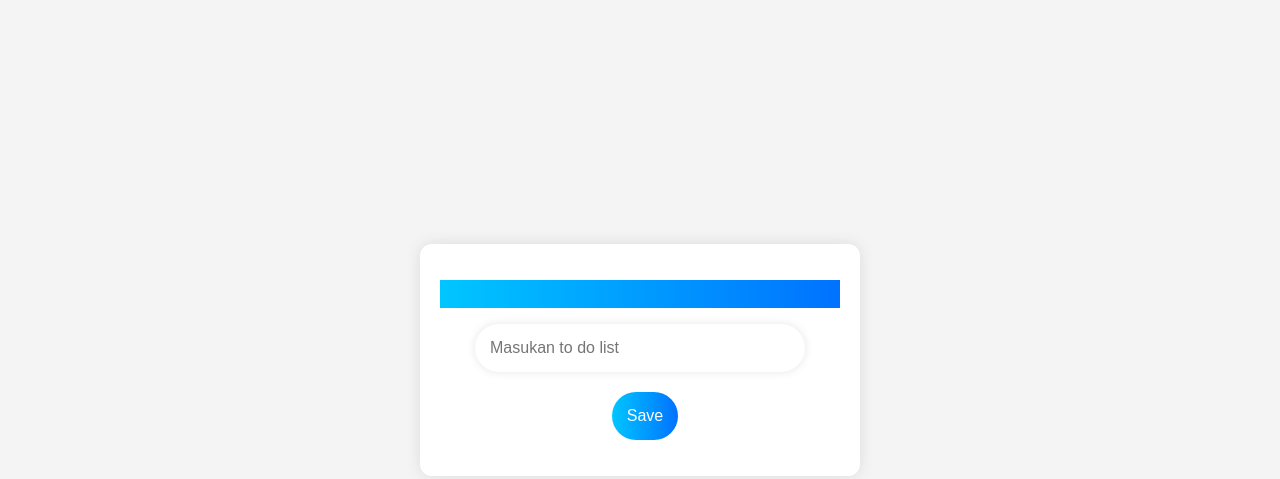
Repository: bianphang/todo-list_vanilla-js
Page: index.html
The author's editor kept a copy of each file at every save. The page is drawn from the files as they stood at one save, then again after the next save.
The browser window is 1280 px wide. The pictures show the whole page.

Above is the page before, as saved 2024-06-09 16:28:29.

### index.html
<!DOCTYPE html>
<html lang="en">
  <head>
    <meta charset="UTF-8" />
    <meta name="viewport" content="width=device-width, initial-scale=1.0" />
    <title>Todo List</title>
    <link rel="stylesheet" href="styles.css" />
  </head>
  <body>
    <div class="container">
      <h1>MY TO DO LIST</h1>
      <input type="text" id="todo-input" placeholder="Masukan to do list" />
      <button id="add-btn">Save</button>
      <ul id="todo-list"></ul>
    </div>
    <script src="script.js"></script>
  </body>
</html>

### styles.css
body {
  font-family: Arial, sans-serif;
  display: flex;
  justify-content: center;
  align-items: center;
  height: 100vh;
  margin: 0;
  background-color: #f4f4f4;
}

.container {
  background: white;
  padding: 20px;
  border-radius: 12px;
  box-shadow: 0 0 15px rgba(0, 0, 0, 0.1);
  width: 400px;
  text-align: center;
}

.container h1 {
  font-size: 24px;
  background: linear-gradient(to right, #00c6ff, #0072ff);
  -webkit-text-fill-color: transparent;
}

.container input[type='text'] {
  width: calc(100% - 100px);
  padding: 15px;
  margin-bottom: 20px;
  border: none;
  border-radius: 25px;
  box-shadow: 0 0 10px rgba(0, 0, 0, 0.1);
  font-size: 16px;
}

.container #add-btn {
  padding: 15px;
  border: none;
  background: linear-gradient(to right, #00c6ff, #0072ff);
  color: white;
  cursor: pointer;
  border-radius: 25px;
  margin-left: 10px;
  font-size: 16px;
  transition: background-color 0.3s;
}

.container #add-btn:hover {
  background: linear-gradient(to right, #0072ff, #00c6ff);
}

.container ul {
  list-style: none;
  padding: 0;
}

.container ul li {
  display: flex;
  justify-content: space-between;
  align-items: center;
  padding: 15px;
  margin-bottom: 10px;
  border: 1px solid #ccc;
  border-radius: 10px;
  background: #f9f9f9;
  box-shadow: 0 0 10px rgba(0, 0, 0, 0.05);
}

.container ul li.done {
  text-decoration: line-through;
  color: #777;
}

.container ul li button {
  background: transparent;
  border: none;
  cursor: pointer;
  font-size: 18px;
}

.container ul li button.delete {
  color: #dc3545;
}

.container ul li button.delete:hover {
  color: #c82333;
}

.container ul li button.update {
  color: #ff9800;
}

.container ul li button.update:hover {
  color: #ff5722;
}

.container ul li button.done {
  color: #28a745;
}

.container ul li button.done:hover {
  color: #218838;
}

### script.js
document.getElementById('add-btn').addEventListener('click', addTodo);

function addTodo() {
  const todoInput = document.getElementById('todo-input');
  const todoText = todoInput.value.trim();

  if (todoText === '') return;

  const todoList = document.getElementById('todo-list');

  const listItem = document.createElement('li');

  const span = document.createElement('span');
  span.textContent = todoText;
  listItem.appendChild(span);

  const updateBtn = document.createElement('button');
  updateBtn.innerHTML = '✏️';
  updateBtn.className = 'update';
  updateBtn.addEventListener('click', () => updateTodo(span));
  listItem.appendChild(updateBtn);

  const doneBtn = document.createElement('button');
  doneBtn.innerHTML = '✅';
  doneBtn.className = 'done';
  doneBtn.addEventListener('click', () => doneTodo(listItem));
  listItem.appendChild(doneBtn);

  const deleteBtn = document.createElement('button');
  deleteBtn.innerHTML = '🗑️';
  deleteBtn.className = 'delete';
  deleteBtn.addEventListener('click', () => deleteTodo(listItem));
  listItem.appendChild(deleteBtn);

  todoList.appendChild(listItem);
  todoInput.value = '';
}

function updateTodo(span) {
  const newTodoText = prompt('Update the todo:', span.textContent);
  if (newTodoText !== null) {
    span.textContent = newTodoText.trim();
  }
}

function doneTodo(listItem) {
  listItem.classList.toggle('done');
}

function deleteTodo(listItem) {
  listItem.remove();
}

After the next save:
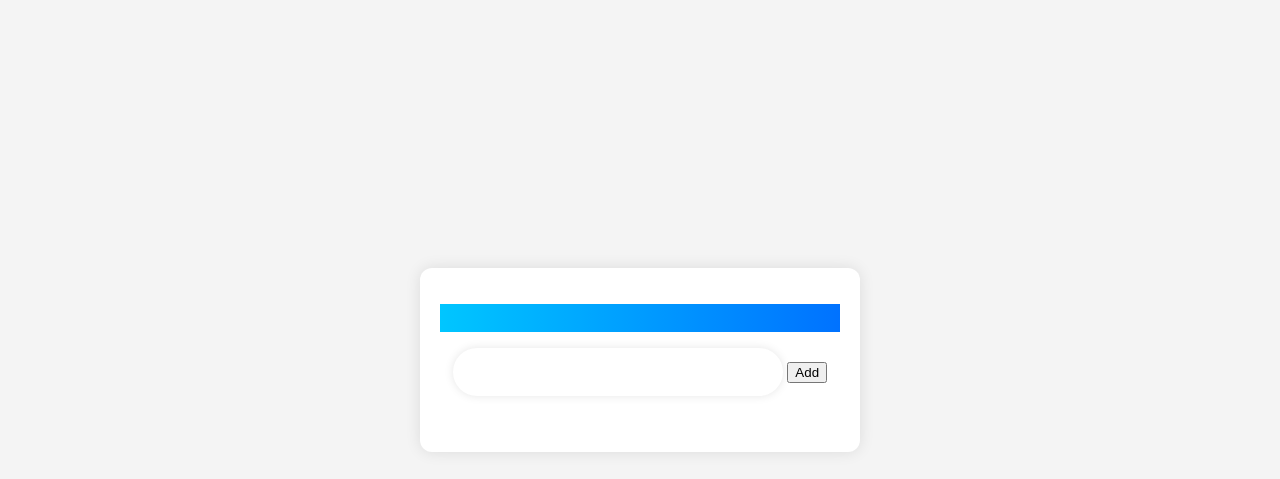
Console error: TypeError: Cannot read properties of null (reading 'addEventListener')
Saved 20 h 58 min later.
--- a/index.html
+++ b/index.html
@@ -8,10 +8,29 @@
   </head>
   <body>
     <div class="container">
-      <h1>MY TO DO LIST</h1>
-      <input type="text" id="todo-input" placeholder="Masukan to do list" />
-      <button id="add-btn">Save</button>
-      <ul id="todo-list"></ul>
+      <h1 class="title">Todo List</h1>
+      <form class="form" id="addForm">
+        <input class="input" id="addInput" type="text" />
+        <button class="btn">Add</button>
+      </form>
+      <ul class="todo-list" id="todoList">
+        <!-- EXAMPLE RENDER UI -->
+        <!--
+          <li class="todo-item" id="1701098599234">
+            <span class="todo-label">Task 1</span>
+            <div class="todo-action">
+              <button class="btn btn-delete">Delete</button
+              ><button class="btn btn-edit">Edit</button
+              ><button class="btn btn-done">Done</button>
+            </div>
+          </li>
+          <li class="todo-item" id="1701098603079">
+            <form class="form editForm">
+              <input class="input editInput" /><button class="btn">Save</button>
+            </form>
+          </li>
+        -->
+      </ul>
     </div>
     <script src="script.js"></script>
   </body>
